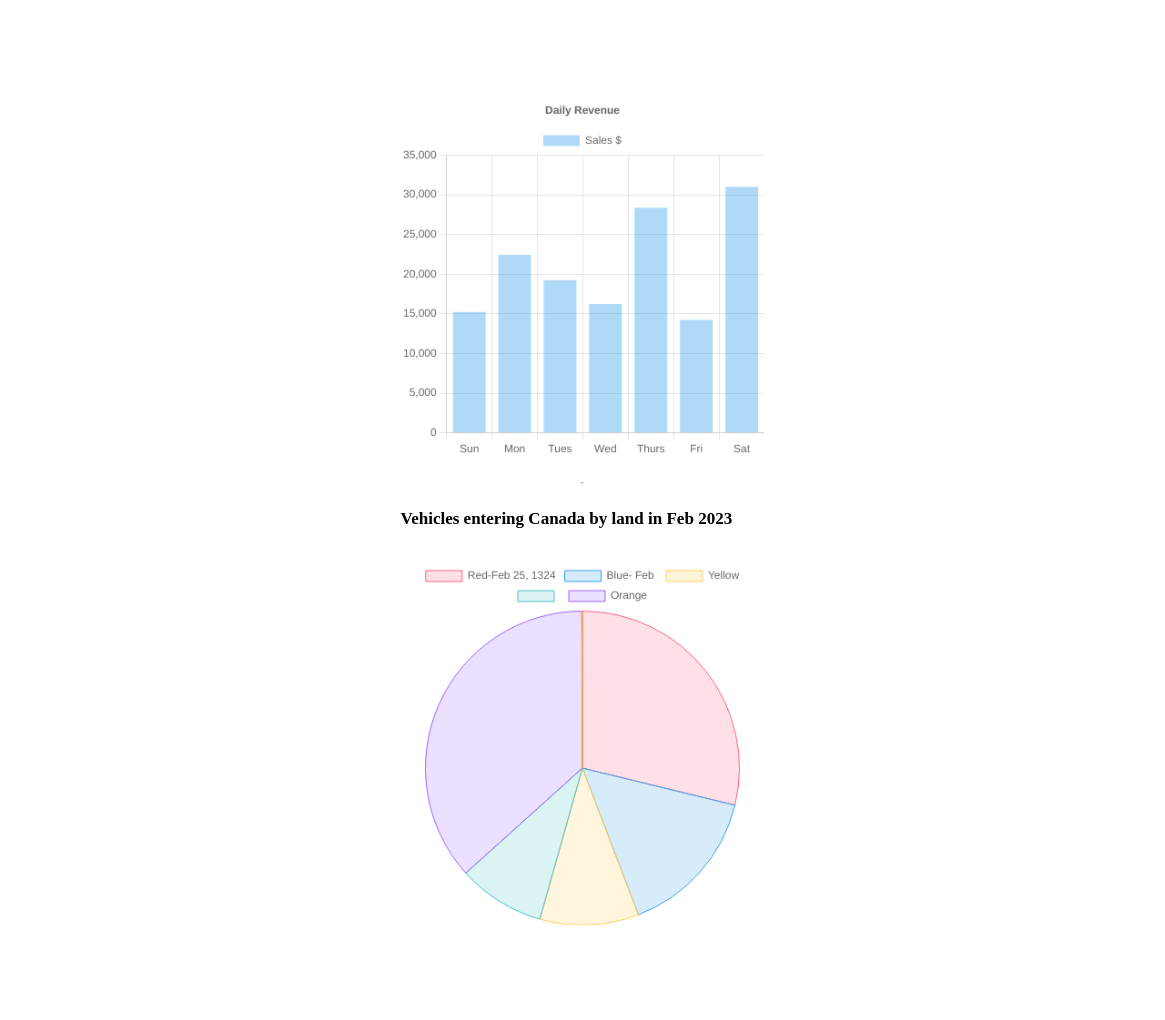
Repository: anoncoderin/dcd-charts-11week
Page: /
An editor plug-in stored every save of this project. The page is shown before and after the next save, followed by the edit.
The browser window is 1280 px wide. The pictures show the whole page, at 91% of full size.
The project was rebuilt for these pictures with package versions that can differ from the ones it lists, and the page was loaded fresh each time. The framework's server and built-in components were replaced by stand-ins that run in the browser. Also part of the build but not shown: next.config.js.

Above is the page before, as saved 2023-03-24 11:53:19.

### pages/index.js
import Head from 'next/head'
import Image from 'next/image'
import styles from '@/styles/Home.module.css'
import BarChart from '@/components/BarChart'
import PieChart from '@/components/PieChart'

export default function Home() {
  return (
    <>
      <Head>
        <title>Create Next App</title>
        <meta name="description" content="Generated by create next app" />
        <meta name="viewport" content="width=device-width, initial-scale=1" />
        <link rel="icon" href="/favicon.ico" />
      </Head>
      <main className={styles.main}>
        <BarChart/>
        <br></br>
        <hr></hr>
      <div>
        <h3>Vehicles entering Canada by land in Feb 2023</h3>
        <br></br>
        <PieChart/>
        </div>
      </main>
    </>
  )
}

### components/BarChart/index.js
import { useState, useEffect } from "react"
import styles from './BarChart.module.css'

import { Bar } from 'react-chartjs-2';
import {
    Chart as ChartJS,
    CategoryScale,
    LinearScale,
    BarElement,
    Title,
    Tooltip,
    Legend
} from 'chart.js'

ChartJS.register(
    CategoryScale,
    LinearScale,
    BarElement,
    Title,
    Tooltip,
    Legend
)

export default function BarChart() {

    const [chartData, setChartData] = useState({
        datasets: []
    })

    const [chartOptions, setChartOptions] = useState({})

    useEffect(() => {
        setChartData({
            labels: ['Sun', 'Mon', 'Tues', 'Wed', 'Thurs', 'Fri', 'Sat'],
            datasets: [
                {
                    label: 'Sales $',
                    data: [15234, 22432, 19245, 16243, 28356, 14235, 31000],
                    borderColor: 'rgb(53, 162, 235)',
                    backgroundColor: 'rgb(53, 162, 235, 0.4)'
                }
            ]
        })

        setChartOptions({
            plugins: {
                legend: {
                    position: 'top'
                },
                title: {
                    display: true,
                    text: "Daily Revenue"
                }
            },
            maintainAspectRatio: false,
            responsive: true
        })
    }, [])

    return(
        <>
            <div className={styles.container}>
                <Bar data={chartData} options={chartOptions}/>
            </div>
        </>
    )
}

### components/PieChart/index.js
import { useState, useEffect } from "react";
import styles from "./PieChart.module.css";

import { Pie } from "react-chartjs-2";
import {
    Chart as ChartJS,
    ArcElement,
    Tooltip,
    Legend }
    from "chart.js";

ChartJS.register(ArcElement,
    Tooltip,
    Legend)


export default function PieChart() {
const data = {
  labels: ["Red-Feb 25, 1324", "Blue- Feb ", "Yellow", "", "Orange"],
  datasets: [
    {
      label: "# of Votes",
      data: [1324, 708, 468, 412, 1683, 3],
      backgroundColor: [
        "rgba(255, 99, 132, 0.2)",
        "rgba(54, 162, 235, 0.2)",
        "rgba(255, 206, 86, 0.2)",
        "rgba(75, 192, 192, 0.2)",
        "rgba(153, 102, 255, 0.2)",
        "rgba(255, 159, 64, 0.2)",
      ],
      borderColor: [
        "rgba(255, 99, 132, 1)",
        "rgba(54, 162, 235, 1)",
        "rgba(255, 206, 86, 1)",
        "rgba(75, 192, 192, 1)",
        "rgba(153, 102, 255, 1)",
        "rgba(255, 159, 64, 1)",
      ],
      borderWidth: 1,
    },
  ],
};


return(
    <>
        <div className={styles.container}>
            <Pie data= {data}/>
        </div>
    </>
)
}

### components/BarChart/BarChart.module.css
.container {
    width: 400px;
    height: 400px;
}

### components/PieChart/PieChart.module.css
.container {
    width: 400px;
    height: 400px;
}

Loaded but not shown: pages/_app.js (common file); pages/_document.js (common file); styles/Home.module.css (common file); styles/globals.css (no stored copy; drawn as an empty file)

After the next save:
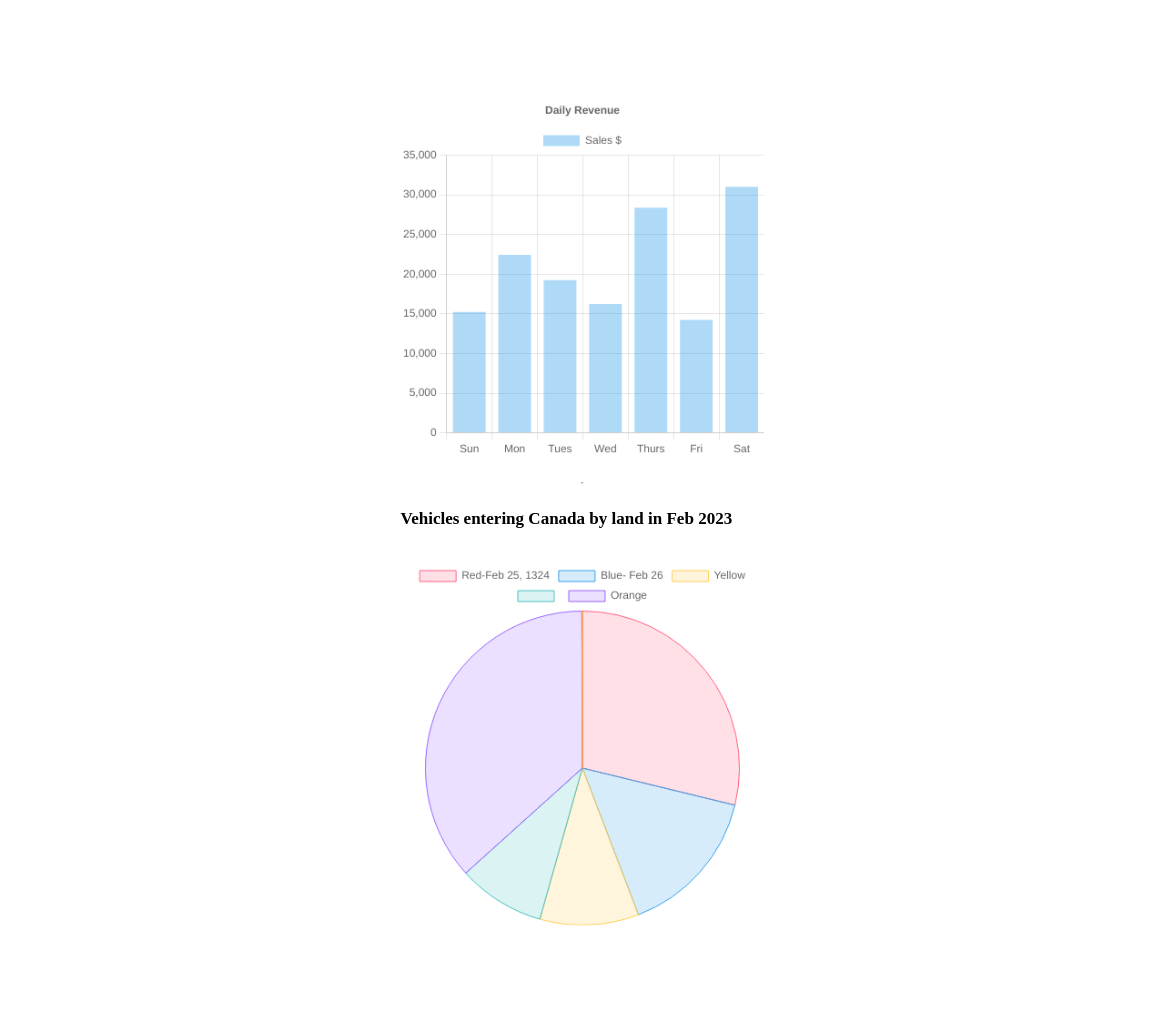
Saved 6 s later.
--- a/components/PieChart/index.js
+++ b/components/PieChart/index.js
@@ -16,7 +16,7 @@ ChartJS.register(ArcElement,
 
 export default function PieChart() {
 const data = {
-  labels: ["Red-Feb 25, 1324", "Blue- Feb ", "Yellow", "", "Orange"],
+  labels: ["Red-Feb 25, 1324", "Blue- Feb 26", "Yellow", "", "Orange"],
   datasets: [
     {
       label: "# of Votes",
